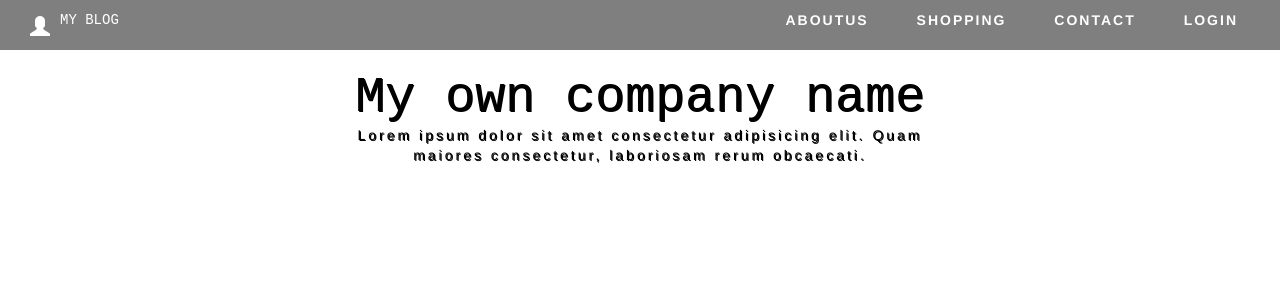
Repository: alikahwaji/HTML-CSS
Page: index.html
These files come from the project's save history. The page is drawn as it stood at one moment and after the next save; the edit follows.
The browser window is 1280 px wide. The pictures show the whole page.

Above is the page before, as saved 2019-10-07 14:41:02.

After the next save:
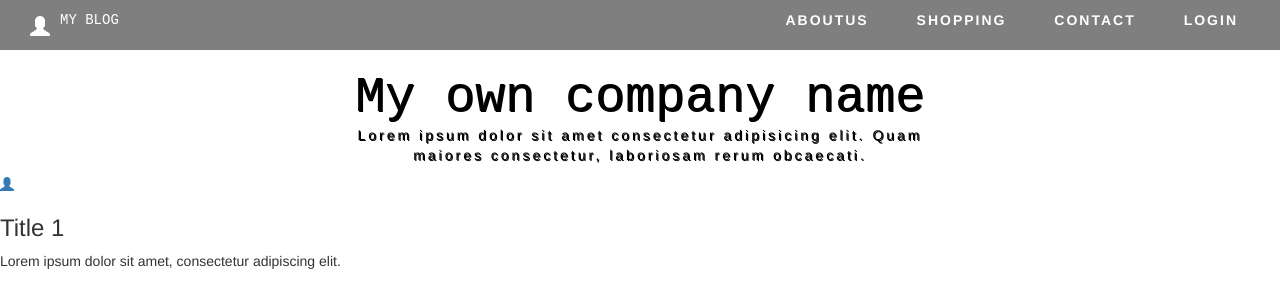
Saved 6 min 38 s later.
--- a/index.html
+++ b/index.html
@@ -31,7 +31,15 @@
     </section>
 
     <section class="container-boxes">
-
+      <div class="box">
+        <div class="icon">
+          <a href=""><i class="glyphicon glyphicon-user"></i></a>
+        </div>
+        <div class="text">
+          <h3>Title 1</h3>
+          <p>Lorem ipsum dolor sit amet, consectetur adipiscing elit.</p>
+        </div>
+      </div>
     </section>
   </body>
 </html>
